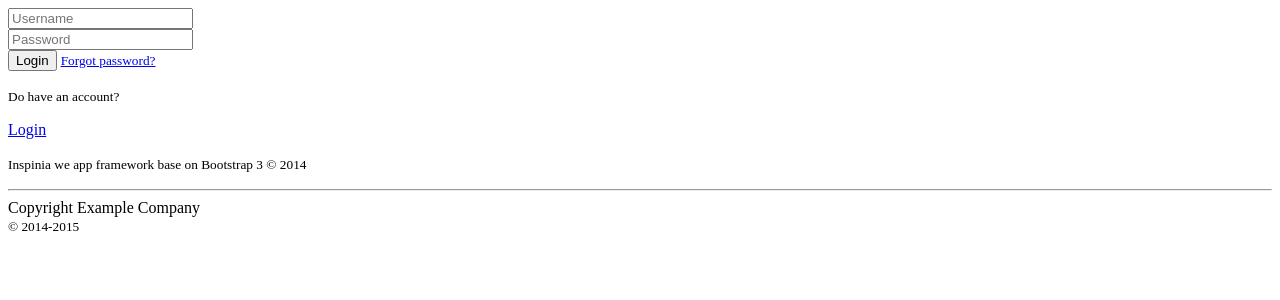
Repository: ndmq03102002/crud_laravel
Page: resources/views/admin/register.blade.php
These files come from the project's save history. The page is drawn as it stood at one moment and after a run of saves; the edit follows.
The browser window is 1280 px wide. The pictures show the whole page.
The page is served by the project's Laravel application, run on PHP 8.4 with Laravel 10. Other server files are loaded and not shown. The template is opened directly, without the code that normally fills it, so the values that code supplies are empty.

Above is the page before, as saved 2024-07-11 11:18:13.

### routes/web.php
<?php

use App\Http\Controllers\HomeController;
use App\Http\Controllers\AdminController;
use Illuminate\Support\Facades\Route;

/*
|--------------------------------------------------------------------------
| Web Routes
|--------------------------------------------------------------------------
|
| Here is where you can register web routes for your application. These
| routes are loaded by the RouteServiceProvider and all of them will
| be assigned to the "web" middleware group. Make something great!
|
*/

Route::group(['prefix' => ''], function () {
    Route::get('/', [HomeController::class, 'index'])->name('home.index');
});

Route::get('/admin/login', [AdminController::class, 'login'])->name('admin.login');
Route::post('/admin/login', [AdminController::class, 'Checklogin']);
Route::get('/admin/register', [AdminController::class, 'login'])->name('admin.register');
Route::post('/admin/register', [AdminController::class, 'Checkregister']);


Route::group(['prefix' => 'admin', 'middleware'=>'auth'], function () {
    Route::get('/', [AdminController::class, 'index'])->name('admin.index');
});

### resources/views/admin/register.blade.php
<!DOCTYPE html>
<html>

<head>

    <meta charset="utf-8">
    <meta name="viewport" content="width=device-width, initial-scale=1.0">

    <title>INSPINIA | Login 2</title>

    <link href="backend/css/bootstrap.min.css" rel="stylesheet">
    <link href="backend/font-awesome/css/font-awesome.css" rel="stylesheet">
    <link href="backend/css/animate.css" rel="stylesheet">
    <link href="backend/css/style.css" rel="stylesheet">

</head>

<body class="gray-bg">

    <div class="loginColumns animated fadeInDown">
        <div class="row">


            <div class="col-md-6">
                <div class="ibox-content">

                    <form class="m-t" role="form" action="" method = "post">
                        @csrf
                        <div class="form-group">
                            <input type="email" class="form-control" name = "email" placeholder="Username" required="">
                        </div>
                        <div class="form-group">
                            <input type="password" class="form-control" name="password" placeholder="Password" required="">
                        </div>
                        <button type="submit" class="btn btn-primary block full-width m-b">Login</button>

                        <a href="#">
                            <small>Forgot password?</small>
                        </a>

                        <p class="text-muted text-center">
                            <small>Do have an account?</small>
                        </p>
                        <a class="btn btn-sm btn-white btn-block" href="{{route('admin.login')}}">Login</a>
                    </form>
                    <p class="m-t">
                        <small>Inspinia we app framework base on Bootstrap 3 &copy; 2014</small>
                    </p>
                </div>
            </div>
        </div>
        <hr/>
        <div class="row">
            <div class="col-md-6">
                Copyright Example Company
            </div>
            <div class="col-md-6 text-right">
               <small>© 2014-2015</small>
            </div>
        </div>
    </div>

</body>

</html>

After the next 2 saves:
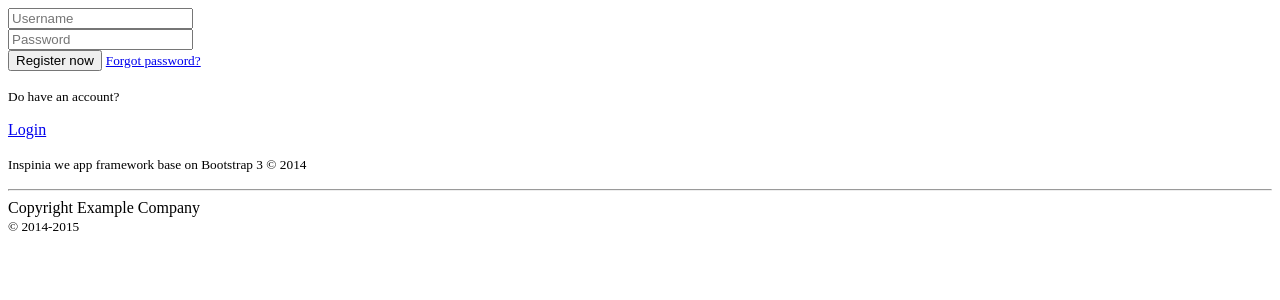
The 2 saves are shown as one change because they came seconds apart.
The last was saved 9 s later.
--- a/resources/views/admin/register.blade.php
+++ b/resources/views/admin/register.blade.php
@@ -32,7 +32,7 @@
                         <div class="form-group">
                             <input type="password" class="form-control" name="password" placeholder="Password" required="">
                         </div>
-                        <button type="submit" class="btn btn-primary block full-width m-b">Login</button>
+                        <button type="submit" class="btn btn-primary block full-width m-b">Register now</button>
 
                         <a href="#">
                             <small>Forgot password?</small>
